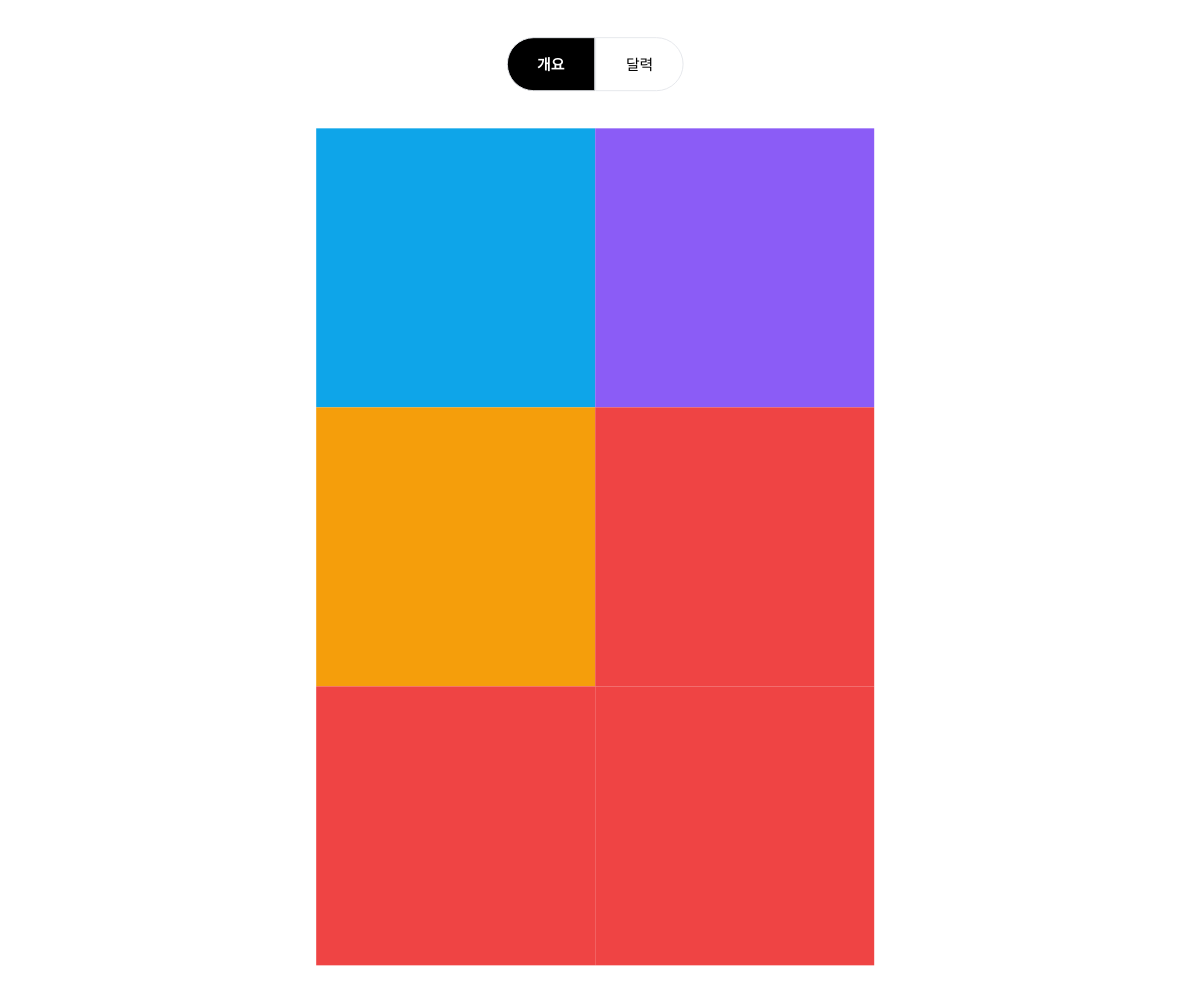
Repository: honey-punch/my-alcohol
Page: /
These files come from the project's save history. The page is drawn as it stood at one moment and after the next save; the edit follows.
The browser window is 1280 px wide. The pictures show the whole page, at 93% of full size.
The project was rebuilt for these pictures with package versions that can differ from the ones it lists, and the page was loaded fresh each time. The framework's server and built-in components were replaced by stand-ins that run in the browser. Also part of the build but not shown: next.config.ts, src/app/_component/Calendar.tsx.

Above is the page before, as saved 2025-02-10 15:42:56.

After the next save:
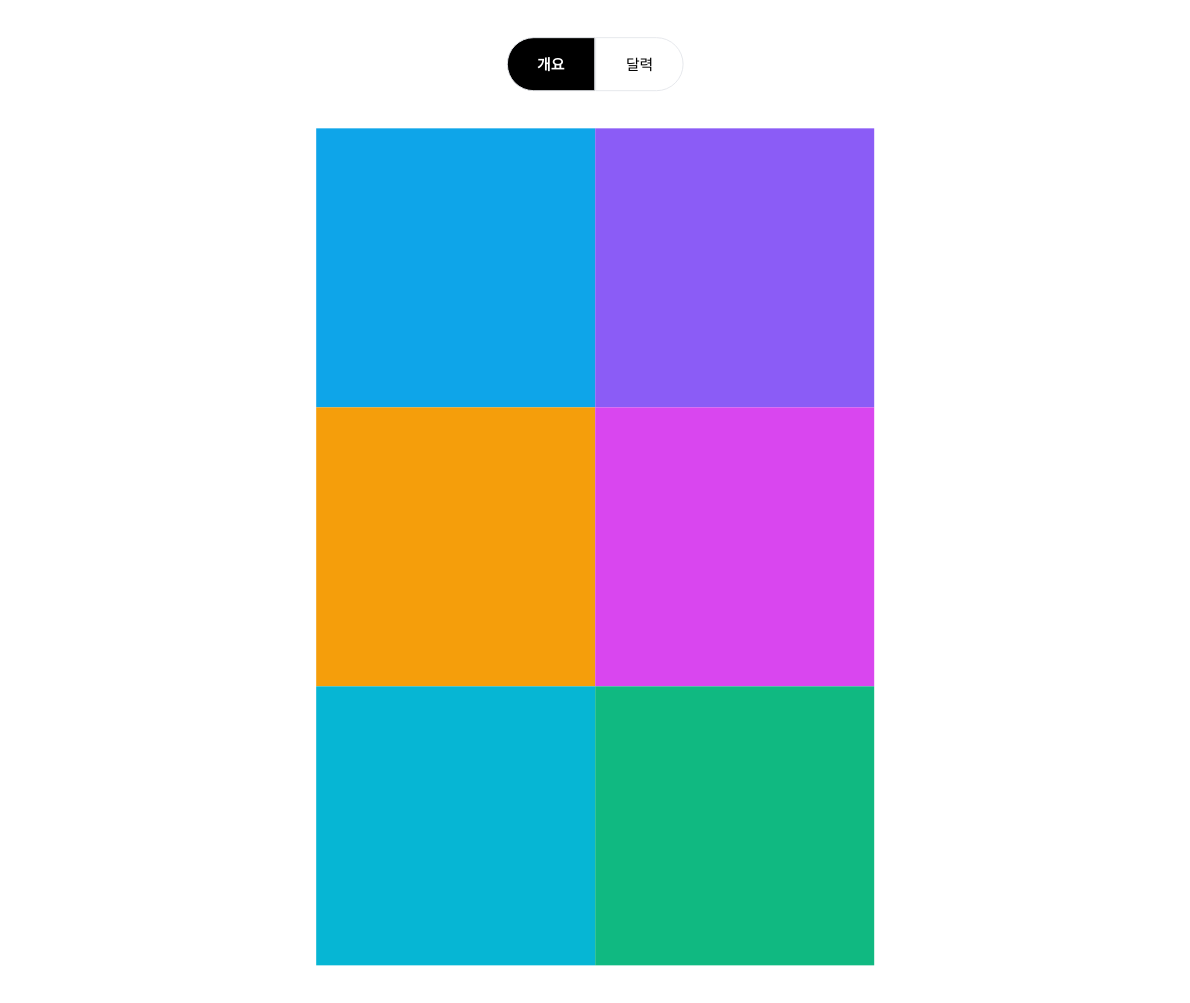
Saved 29 s later.
--- a/src/app/_component/Summary.tsx
+++ b/src/app/_component/Summary.tsx
@@ -40,15 +40,15 @@ export default function Summary() {
       ></div>
       <div
         style={{ width: `${BOX_SIZE}px`, height: BOX_SIZE }}
-        className="bg-red-500"
+        className="bg-fuchsia-500"
       ></div>
       <div
         style={{ width: `${BOX_SIZE}px`, height: BOX_SIZE }}
-        className="bg-red-500"
+        className="bg-cyan-500"
       ></div>
       <div
         style={{ width: `${BOX_SIZE}px`, height: BOX_SIZE }}
-        className="bg-red-500"
+        className="bg-emerald-500"
       ></div>
     </div>
   );
